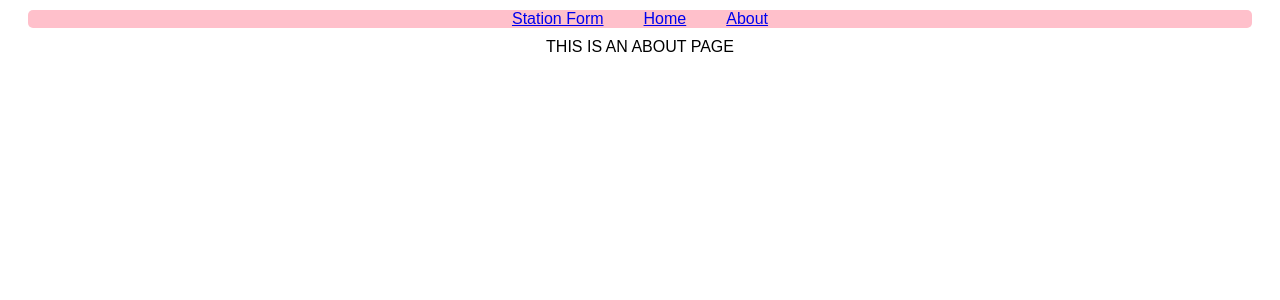
Repository: rutsguifd/mkr2
Page: /#/about
The author's editor kept a copy of each file at every save. The page is drawn from the files as they stood at one save, then again after the next save.
The browser window is 1280 px wide. The pictures show the whole page.
The project was rebuilt for these pictures with package versions that can differ from the ones it lists, and the page was loaded fresh each time. Also part of the build but not shown: src/views/Home.vue, src/components/FavoriteTrips.vue, src/components/AddTrip.vue, src/components/TripCard.vue, src/views/StationForm.vue.

Above is the page before, as saved 2021-12-21 22:22:18.

After the next save:
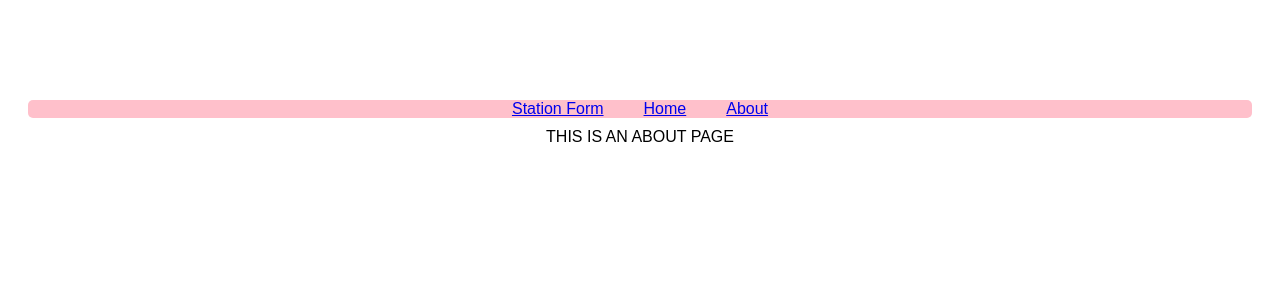
Saved 11 s later.
--- a/src/views/About.vue
+++ b/src/views/About.vue
@@ -23,6 +23,7 @@ import Header from '../components/Header.vue'
   font-family: "Fira Sans", sans-serif;
 }
 div{
+    margin-top: 100px;
     text-align: center;
 }
 </style>

After the save that followed:
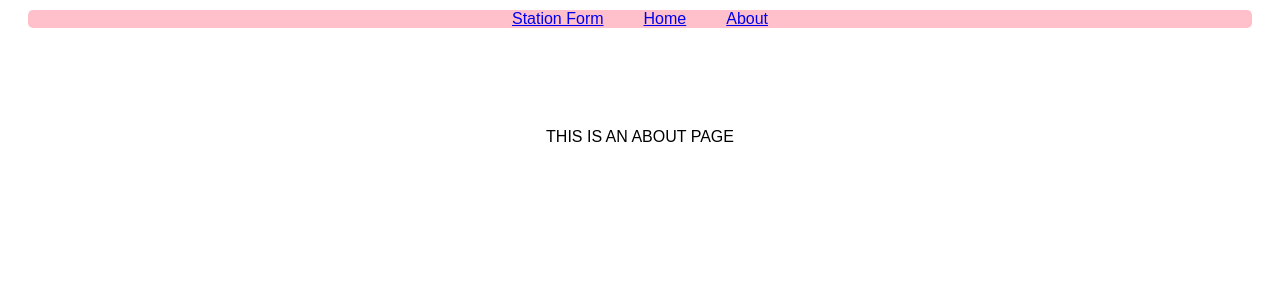
Saved 9 s later.
--- a/src/views/About.vue
+++ b/src/views/About.vue
@@ -1,6 +1,6 @@
 <template>
+        <Header />
     <div>
-        <Header />
         THIS IS AN ABOUT PAGE
     </div>
 </template>
